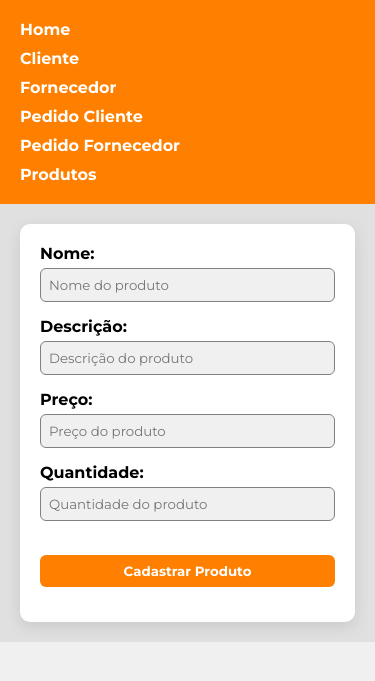
Repository: walterdmp/JavaWeb_BartoBotinas
Page: http://localhost/BartoBotinas/cadastrarProduto.jsp
The author's editor kept a copy of each file at every save. The page is drawn from the files as they stood at one save, then again after the next save.
The browser window is 375 px wide. The pictures show the whole page.
The page is served by Tomcat 9.

Above is the page before, as saved 2024-07-30 23:03:11.

After the next save:
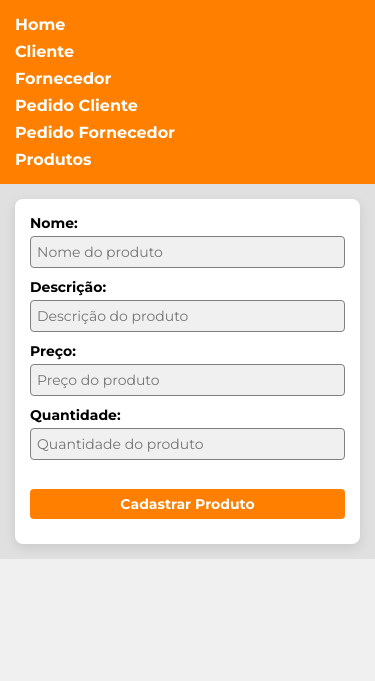
Saved 2 min 55 s later.
--- a/BartoBotinas/WebContent/css/estilo.css
+++ b/BartoBotinas/WebContent/css/estilo.css
@@ -26,9 +26,9 @@ body {
 .bartoNav ul {
 	display: flex;
 	flex-direction: row;
-	gap: 20px;
+	gap: 15px; /* Diminuiu o espaço entre itens */
 	justify-content: center;
-	padding: 20px;
+	padding: 15px; /* Diminuiu o padding */
 	color: white;
 	font-weight: bold;
 }
@@ -50,29 +50,29 @@ body {
 	background-color: #e0e0e0;
 	width: 100%;
 	height: auto; /* Ajuste para a altura do conteúdo */
-	padding: 20px;
+	padding: 15px; /* Diminuiu o padding */
 }
 
-/* Estilos de Formulários Gerais */
-.bartoForm, .empresaInfo, .itensPedidoForm, .fornecedorForm,
+.empresaInfo, .bartoForm, .itensPedidoForm, .fornecedorForm,
 	.produtoForm {
 	display: flex;
 	flex-direction: column;
-	padding: 30px;
+	padding: 20px; /* Diminuiu o padding */
 	width: 100%;
-	max-width: 600px; /* Aumentado para se ajustar melhor ao conteúdo */
+	max-width: 500px; /* Ajustado para tamanho menor */
 	background-color: white;
-	border-radius: 10px;
-	box-shadow: 0 5px 15px rgba(0, 0, 0, 0.1);
+	border-radius: 8px; /* Diminuiu o border-radius */
+	box-shadow: 0 4px 12px rgba(0, 0, 0, 0.1); /* Diminuiu o box-shadow */
 }
 
 .bartoForm input, .itensPedidoForm input, .fornecedorForm input,
 	.produtoForm input, .empresaInfo input {
-	border-radius: 6px;
+	border-radius: 4px; /* Diminuiu o border-radius */
 	border: 1px solid gray;
 	width: 100%;
-	padding: 8px;
+	padding: 6px; /* Diminuiu o padding */
 	background-color: #f0f0f0;
+	font-size: 14px; /* Diminuiu o tamanho da fonte */
 	transition: background-color 0.3s ease, border-color 0.3s ease;
 }
 
@@ -88,13 +88,14 @@ body {
 	display: flex;
 	flex-direction: column;
 	width: 100%;
-	margin-bottom: 15px;
+	margin-bottom: 10px; /* Diminuiu o margin-bottom */
 }
 
 .bartoForm label, .itensPedidoForm label, .fornecedorForm label,
 	.produtoForm label {
-	margin-bottom: 5px;
+	margin-bottom: 4px; /* Diminuiu o margin-bottom */
 	font-weight: 600;
+	font-size: 14px; /* Diminuiu o tamanho da fonte */
 }
 
 #bartoButton {
@@ -102,10 +103,11 @@ body {
 	border: none;
 	color: white;
 	font-weight: bold;
-	padding: 8px 16px;
-	border-radius: 6px;
+	padding: 6px 12px; /* Diminuiu o padding */
+	border-radius: 4px; /* Diminuiu o border-radius */
 	cursor: pointer;
 	transition: background-color 0.3s ease;
+	font-size: 14px; /* Diminuiu o tamanho da fonte */
 }
 
 #bartoButton:hover {
@@ -115,14 +117,14 @@ body {
 /* Estilos para a Página da Empresa */
 .empresaInfo h1, .itensPedidoForm h1, .fornecedorForm h1, .produtoForm h1
 	{
-	margin-bottom: 15px;
-	font-size: 22px;
+	margin-bottom: 10px; /* Diminuiu o margin-bottom */
+	font-size: 20px; /* Diminuiu o tamanho da fonte */
 	color: #333;
 }
 
 .empresaInfo p {
-	margin-bottom: 8px;
-	font-size: 16px;
+	margin-bottom: 6px; /* Diminuiu o margin-bottom */
+	font-size: 14px; /* Diminuiu o tamanho da fonte */
 	color: #666;
 }
 
@@ -134,11 +136,11 @@ body {
 @media ( max-width : 600px) {
 	.bartoNav ul {
 		flex-direction: column;
-		gap: 10px;
+		gap: 8px; /* Diminuiu o espaço entre itens */
 	}
 	.bartoForm, .empresaInfo, .itensPedidoForm, .fornecedorForm,
 		.produtoForm {
-		padding: 20px;
+		padding: 15px; /* Diminuiu o padding */
 		width: 100%;
 	}
 	.bartoForm input, .itensPedidoForm input, .fornecedorForm input,
